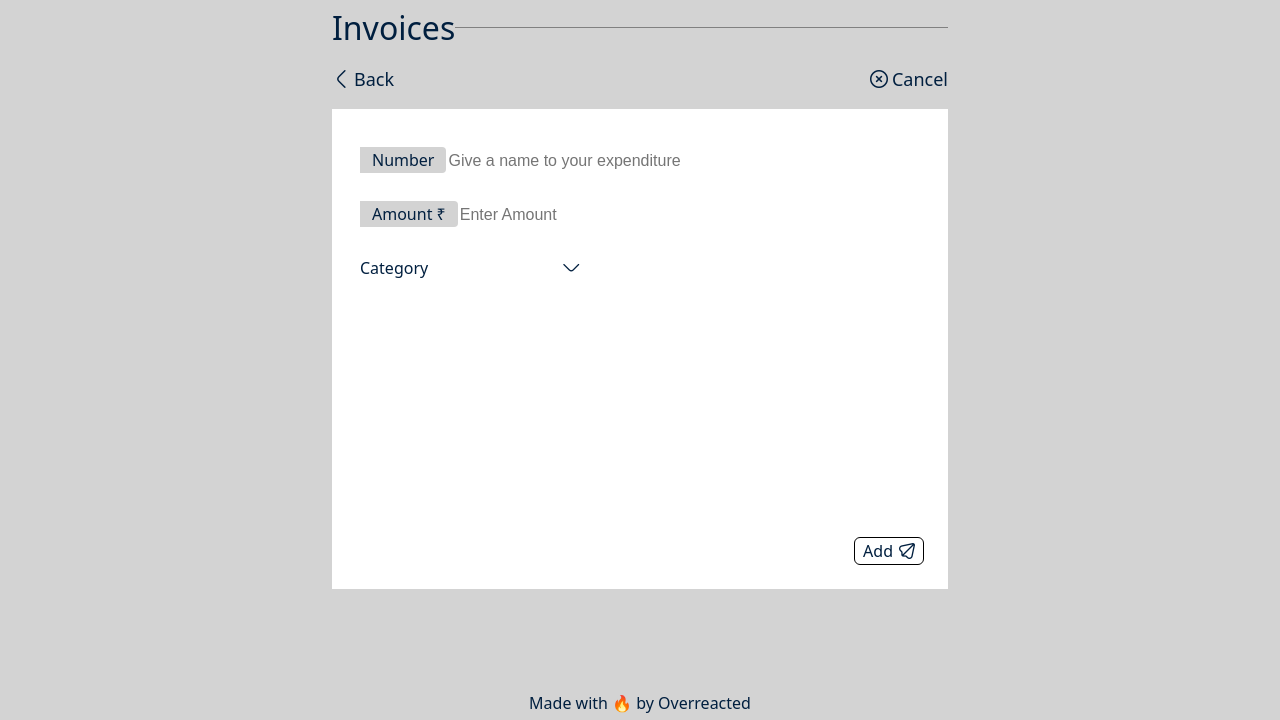
Repository: om1ars/task3
Page: /add-expense
These files come from the project's save history. The page is drawn as it stood at one moment and after the next save; the edit follows.
The browser window is 1280 px wide. The pictures show the whole page.
Some web libraries are served in a nearby version. The project was rebuilt for these pictures with package versions that can differ from the ones it lists, and the page was loaded fresh each time. Also part of the build but not shown: src/components/add-form/success-modal.css, src/components/expense-list/card.css, src/components/expense-list/card.js, src/components/expense-list/expense-list.css, src/components/expense-list/index.js, src/pages/home/home.css, src/pages/home/index.js.

Above is the page before, as saved 2021-12-18 14:55:00.

After the next save:
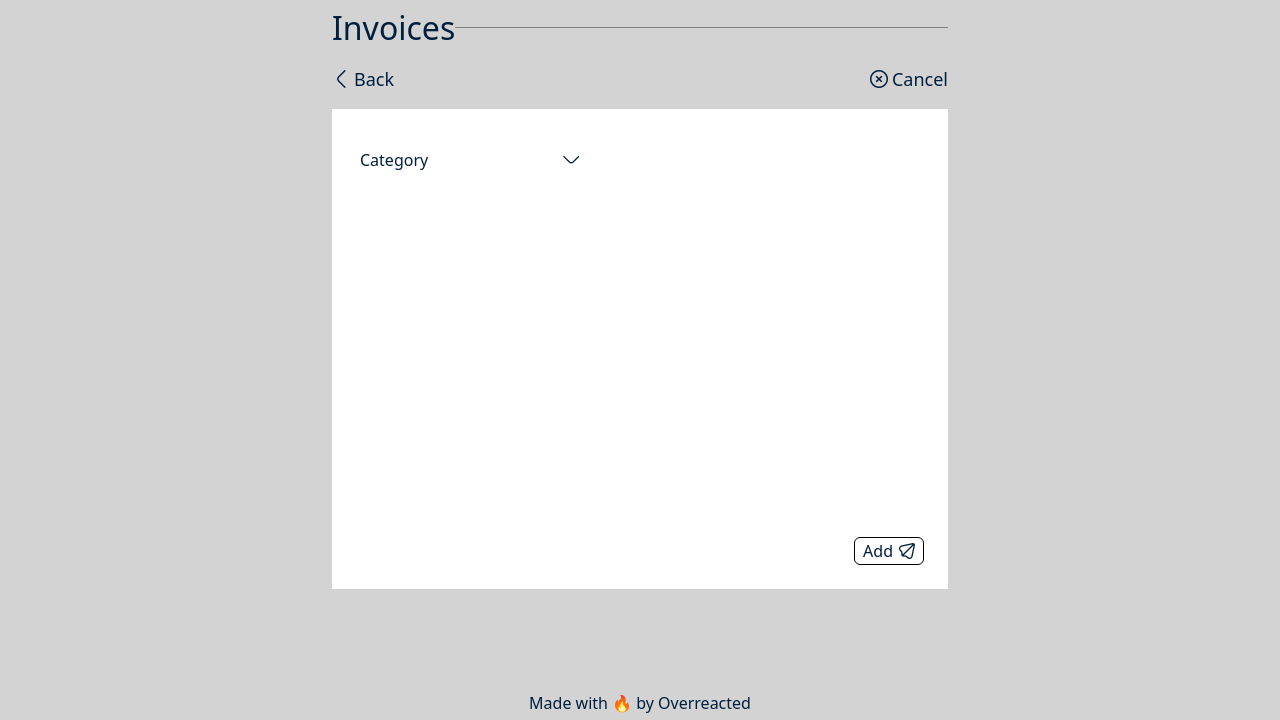
Saved 10 s later.
--- a/src/components/add-form/index.js
+++ b/src/components/add-form/index.js
@@ -58,23 +58,7 @@ const AddForm = () => {
         newestOnTop={false}
         closeOnClick
       />
-      <div className="form-item">
-        <label>Number</label>
-        <input
-          placeholder="Give a name to your expenditure"
-          value={title}
-          onChange={(e) => handleTitle(e)}
-        />
-      </div>
-      <div className="form-item">
-        <label>Amount ₹</label>
-        <input
-          placeholder="Enter Amount"
-          className="amount-input"
-          onChange={(e) => handleAmount(e)}
-          value={amount}
-        />
-      </div>
+  <div></div>
 
       <div className="category-container-parent">
         <div className="category">
